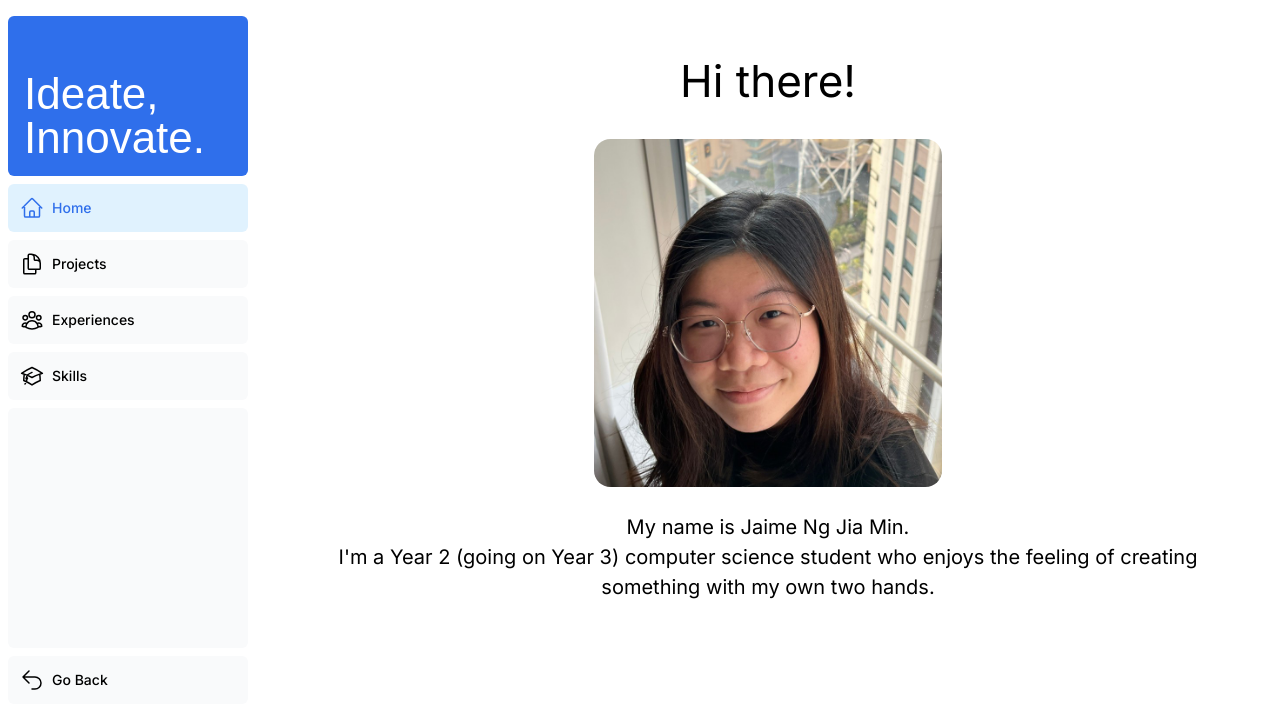
Repository: ThatGirlJam/jaime-portfolio
Page: /dashboard
The author's editor kept a copy of each file at every save. The page is drawn from the files as they stood at one save, then again after a run of saves.
The browser window is 1280 px wide. The pictures show the whole page.
Some web fonts or font styles are not loaded; a fallback is used. The project was rebuilt for these pictures with package versions that can differ from the ones it lists, and the page was loaded fresh each time. The framework's server and built-in components were replaced by stand-ins that run in the browser. Also part of the build but not shown: next.config.js.

Above is the page before, as saved 2024-04-10 00:25:07.

After the next 5 saves:
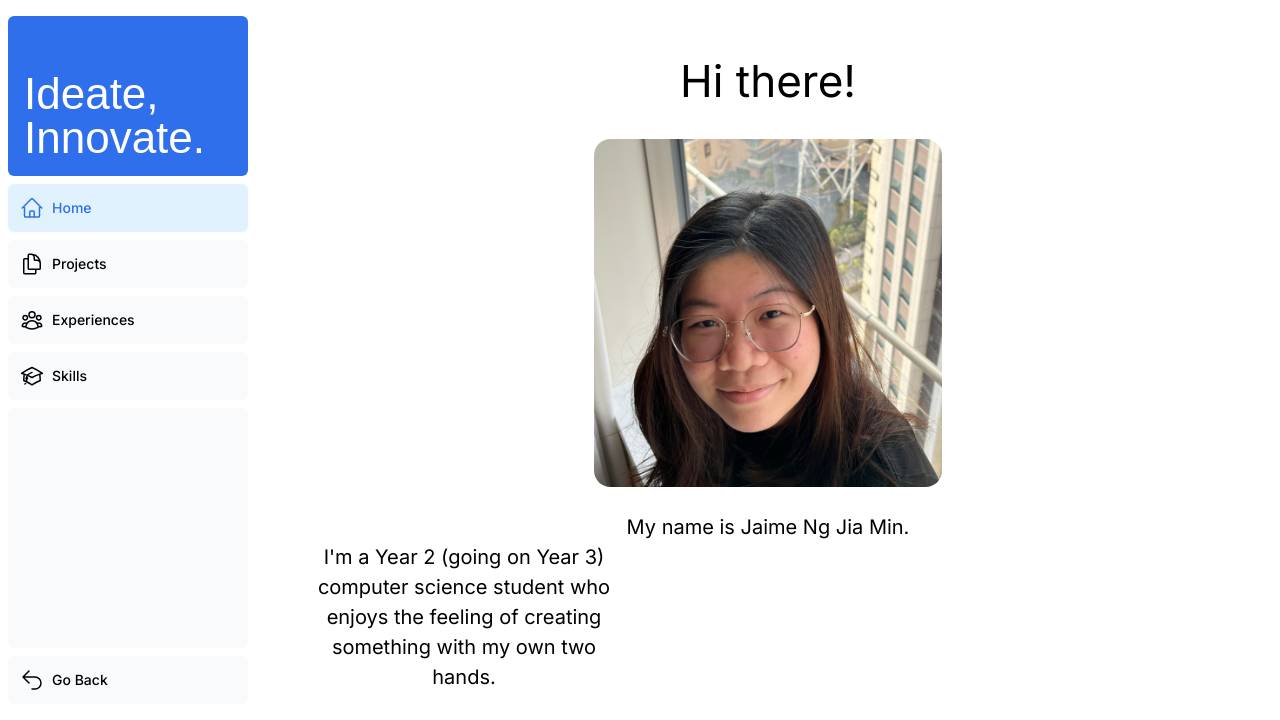
The 5 saves are shown as one change because they came seconds apart.
The last was saved 16 s later.
--- a/app/dashboard/page.tsx
+++ b/app/dashboard/page.tsx
@@ -28,7 +28,7 @@ export default function Page() {
         <br/>
 
         <p className="text-[20px] text-center"> My name is Jaime Ng Jia Min. </p>
-        <div className="w-100">
+        <div className="w-80">
           <p className="text-[20px] text-center">
             I'm a Year 2 (going on Year 3) computer science student who enjoys the feeling of creating something with my own two hands.
 
